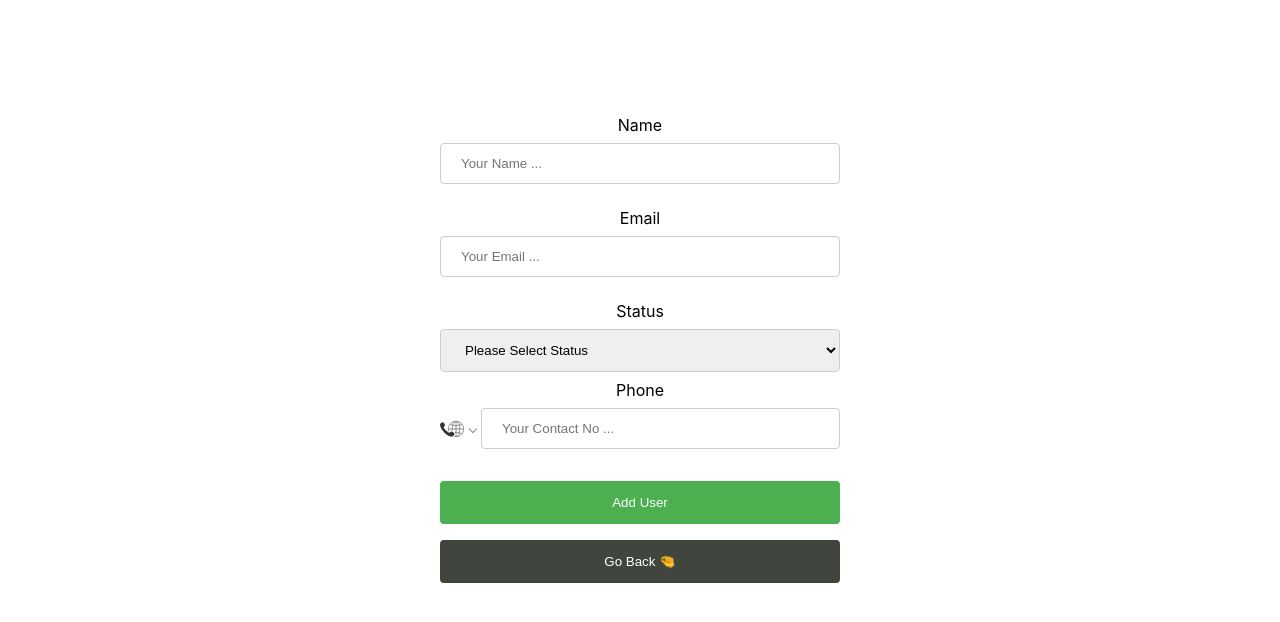
Repository: fdhhhdjd/Redux-Toolkit-CURD-Firebase
Page: /add
These files come from the project's save history. The page is drawn as it stood at one moment and after the next save; the edit follows.
The browser window is 1280 px wide. The pictures show the whole page.
The project was rebuilt for these pictures with package versions that can differ from the ones it lists, and the page was loaded fresh each time. Also part of the build but not shown: src/Styles/Home.css, src/Component/Moments.js, src/Component/Home.js, src/Styles/View.css, src/Component/View.js.

Above is the page before, as saved 2021-10-25 14:34:54.

### src/index.js
import React from "react";
import ReactDOM from "react-dom";
import "./index.css";
import App from "./App";
import store from "./Redux/Store";
import { Provider } from "react-redux";
import * as serviceWorker from "./serviceWorker";
import { ToastContextProvider } from "./ToastContext/ToastContext";

ReactDOM.render(
  <React.StrictMode>
    <Provider store={store}>
      <ToastContextProvider>
        <App />
      </ToastContextProvider>
    </Provider>
  </React.StrictMode>,
  document.getElementById("root")
);

// If you want your app to work offline and load faster, you can change
// unregister() to register() below. Note this comes with some pitfalls.
// Learn more about service workers: https://bit.ly/CRA-PWA
serviceWorker.unregister();

### src/App.js
import React from "react";
import "./App.css";
import { BrowserRouter, Switch, Route } from "react-router-dom";
import { ToastContainer } from "react-toastify";
import "react-toastify/dist/ReactToastify.css";
import { Home, View, AddEdit } from "./import/Index";
function App() {
  return (
    <>
      <BrowserRouter>
        <div className="App">
          <ToastContainer position="top-center" />
          <Switch>
            <Route exact path="/" component={Home} />
            <Route path="/add" component={AddEdit} />
            <Route path="/update/:id" component={AddEdit} />
            <Route path="/view/:id" component={View} />
          </Switch>
        </div>
      </BrowserRouter>
    </>
  );
}

export default App;

### src/Redux/Store.js
import { configureStore, createStore } from "@reduxjs/toolkit";
import logger from "redux-logger";
import thunk from "redux-thunk";
import { composeWithDevTools } from "redux-devtools-extension";
import ContactReducer from "./ContactSlice";
const middleware = [thunk];
if (process.env.NODE_ENV === "development") {
  middleware.push(logger);
}
const store = configureStore({
  reducer: {
    todos: ContactReducer,
    middleware: [logger],
  },
});

export default store;

### src/ToastContext/ToastContext.js
import React, { useState, createContext, useEffect, useRef } from "react";
export const ToastContext = createContext();
export const ToastContextProvider = ({ children }) => {
  const [list, setList] = useState([]);
  let toastProperties = null;
  const showToast = (type) => {
    switch (type) {
      case "success":
        toastProperties = {
          id: list.length + 1,
          title: "Success",
          icon: "fas fa-check-circle",
          description: "Add user Success 😊",
          backgroundColor: "toast--success",
        };
        break;
      case "danger":
        toastProperties = {
          id: list.length + 1,
          title: "Danger",
          description: "Thất bại",
          backgroundColor: "toast--error",
          button: "btn btn--danger",
          json: "fas fa-exclamation-triangle",
        };
        break;
      case "info":
        toastProperties = {
          id: list.length + 1,
          title: "Info",
          description: "Khá thành công",
          backgroundColor: "toast--info",
          json: "fas fa-info",
        };
        break;
      case "warning":
        toastProperties = {
          id: list.length + 1,
          title: "Warning",
          description: "Gần thất bại",
          backgroundColor: "toast--warning",
          json: "fas fa-radiation-alt",
        };
        break;
      default:
        toastProperties = [];
    }
    setList([...list, toastProperties]);
  };
  const data = { list, setList, showToast };

  return <ToastContext.Provider value={data}>{children}</ToastContext.Provider>;
};

### src/import/Index.js
export { default as Home } from "../Component/Home";
export { default as AddEdit } from "../Component/AddEdit";
export { default as View } from "../Component/View";

### src/Redux/ContactSlice.js
import { createSlice, createAsyncThunk } from "@reduxjs/toolkit";
import { v4 as uuidv4 } from "uuid";
import { nanoid } from "nanoid";
const initialState = {
  contacts: [
    {
      id: 1,
      name: "Nguyễn Tiến Tài",
      email: "nguyentientai10@gmai.com",
      phone: "0798805741",
      status: "Active",
    },
    {
      id: 2,
      name: "Nguyễn Hữu Quyền",
      email: "huuquyen2000@gmail.com",
      phone: "09658235656",
      status: "Inactive",
    },
    {
      id: 3,
      name: "Nguyễn Bảo Khang",
      email: "jbaokhangdesigner@gmail.com",
      phone: "0353263452",
      status: "Active",
    },
    {
      id: 4,
      name: "Bùi Huỳnh Quốc Trung	",
      email: "quoctrung@gmail.com",
      phone: "0348561815",
      status: "Inactive",
    },
    {
      id: 5,
      name: "Trần Phi Hoàng",
      email: "phihoang1@gmail.com",
      phone: "0936095986",
      status: "Active",
    },
  ],
  contact: {
    name: "",
    email: "",
    phone: "",
    status: "",
  },
  filter: "All",
};
const TodoSlice = createSlice({
  name: "todos",
  initialState,
  reducers: {
    getContact: (state, action) => {
      state.contact = state.contacts.find((item) => item.id == action.payload);
    },
    addContact: (state, action) => {
      const newData = { ...action.payload, id: uuidv4() };
      state.contacts = [...state.contacts, newData];
    },
    deleteContact: (state, action) => {
      state.contacts = state.contacts.filter(
        (item) => item.id !== action.payload
      );
    },
    updateContact: (state, action) => {
      state.contacts = state.contacts.map((item) =>
        item.id === action.payload.id ? action.payload : item
      );
    },
    setFilter: (state, action) => {
      state.filter = action.payload;
    },
  },
});
const ContactReducer = TodoSlice.reducer;
export const {
  addContact,
  deleteContact,
  getContact,
  updateContact,
  setFilter,
} = TodoSlice.actions;
export const GetTodo = (state) => state.todos;
export default ContactReducer;

### src/Component/AddEdit.js
import React, { useEffect, useState } from "react";
import {
  addContact,
  getContact,
  GetTodo,
  updateContact,
} from "../Redux/ContactSlice";
import "../Styles/AddEdit.css";
import { toast } from "react-toastify";
import { useDispatch, useSelector } from "react-redux";
import { Link, useHistory, useParams } from "react-router-dom";
import { useForm, Controller } from "react-hook-form";
import "react-phone-number-input/style.css";
import PhoneInput from "react-phone-number-input";
const initialState = {
  name: "",
  email: "",
  phone: "",
  status: "",
};
const AddEdit = () => {
  const [state, setState] = useState(initialState);
  const dispatch = useDispatch();
  const history = useHistory();
  const { id } = useParams();
  const { name, email, phone, status } = state;
  const { contact } = useSelector(GetTodo);
  const {
    register,
    formState: { errors },
    handleSubmit,
    watch,
  } = useForm({
    mode: "all",
  });
  const handleSubmit1 = (e, data) => {
    if (!id) {
      dispatch(addContact(state), toast.success("Add user Success 😊"));
    } else {
      dispatch(updateContact(state), toast.success("Edit user Success 👌 "));
    }
    setTimeout(() => {
      history.push("/");
    }, 500);
    // }
  };
  const handleInputChange = (e) => {
    let { name, value } = e.target;
    setState({ ...state, [name]: value });
  };
  const handleDropdownChange = (e) => {
    const { name, value } = e.target;
    setState({ ...state, [name]: value });
  };
  useEffect(() => {
    dispatch(getContact(id));
    setState({ ...contact });
  }, [id, contact]);
  return (
    <>
      <div style={{ marginTop: "100px" }}>
        <form
          style={{
            margin: "auto",
            padding: "15px",
            maxWidth: "400px",
            alignContent: "center",
          }}
          onSubmit={handleSubmit(handleSubmit1)}
        >
          <label htmlFor="name">Name</label>
          <input
            type="text"
            id="name"
            placeholder="Your Name ..."
            value={name || ""}
            {...register("name", { required: true, maxLength: 20 })}
            name="name"
            onChange={handleInputChange}
          />
          <p style={{ color: "red" }}>
            {errors.name?.type === "required" && "Please Enter Name ?"}
            {errors?.name?.type === "maxLength" && (
              <p>First name cannot exceed 20 characters</p>
            )}
          </p>
          <label htmlFor="email">Email</label>
          <input
            type="email"
            id="email"
            value={email || ""}
            placeholder="Your Email ..."
            {...register("email", {
              required: true,
              pattern: /^\S+@\S+$/i,
            })}
            name="email"
            onChange={handleInputChange}
          />
          <p style={{ color: "red" }}>
            {errors.email?.type === "required" && "Please Enter Email "}
            {errors?.email?.type === "pattern" && "Email Invalid"}
          </p>

          <label htmlFor="status">Status</label>
          <select
            className="dropdown"
            name="status"
            onChange={handleDropdownChange}
          >
            <option>Please Select Status</option>
            <option value="Active" selected={status === "Active" ? status : ""}>
              Active
            </option>
            <option
              value="Inactive"
              selected={status === "Inactive" ? status : ""}
            >
              Inactive
            </option>
          </select>
          <label htmlFor="phone">Phone</label>
          <PhoneInput
            type="text"
            id="phone"
            placeholder="Your Contact No ..."
            value={phone || ""}
            {...register("phone", { required: true, min: 18, max: 99 })}
            onChange={handleInputChange}
          />
          <p style={{ color: "red" }}>
            {errors.phone?.type === "required" &&
              "Please Phone and Correct Number"}
          </p>
          {id ? (
            <input type="submit" value="Edit User" />
          ) : (
            <input type="submit" value="Add User" />
          )}
          <Link to="/">
            <input type="button" value="Go Back 🤏" />
          </Link>
        </form>
      </div>
    </>
  );
};

export default AddEdit;

### src/Styles/AddEdit.css
input[type="text"],
input[type="email"],
input[type="number"],
select {
  width: 100%;
  padding: 12px 20px;
  margin: 8px 0;
  display: inline-block;
  border: 1px solid #ccc;
  border-radius: 4px;
  box-sizing: border-box;
}

input[type="submit"] {
  width: 100%;
  background-color: #4caf50;
  color: white;
  padding: 14px 20px;
  margin: 8px 0;
  border: none;
  border-radius: 4px;
  cursor: pointer;
}

input[type="button"] {
  width: 100%;
  background-color: #40453e;
  color: white;
  padding: 14px 20px;
  margin: 8px 0;
  border: none;
  border-radius: 4px;
  cursor: pointer;
}

input[type="submit"]:hover {
  background-color: #45a049;
}

.dropdown {
  width: 100%;
}

Loaded but not shown: public/index.html (common file); src/index.css (common file); src/serviceWorker.js (common file); src/App.css (common file)

After the next save:
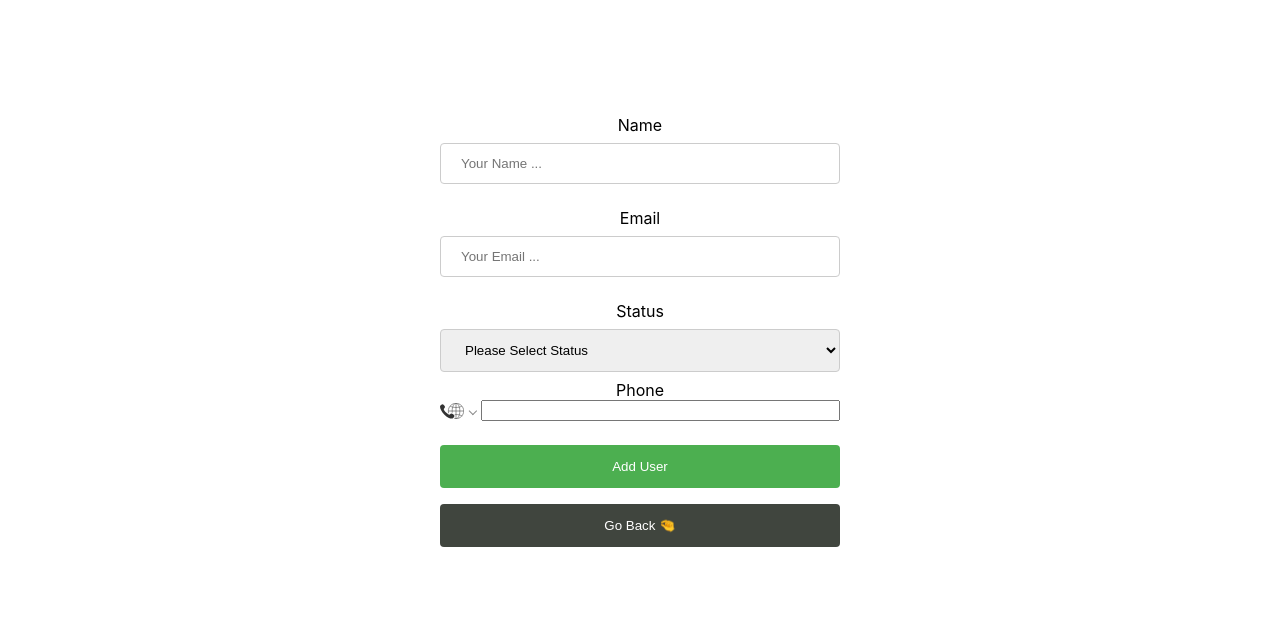
Saved 92 s later.
--- a/src/Component/AddEdit.js
+++ b/src/Component/AddEdit.js
@@ -121,9 +121,7 @@
           </select>
           <label htmlFor="phone">Phone</label>
           <PhoneInput
-            type="text"
-            id="phone"
-            placeholder="Your Contact No ..."
+            country="VI"
             value={phone || ""}
             {...register("phone", { required: true, min: 18, max: 99 })}
             onChange={handleInputChange}

After the save that followed:
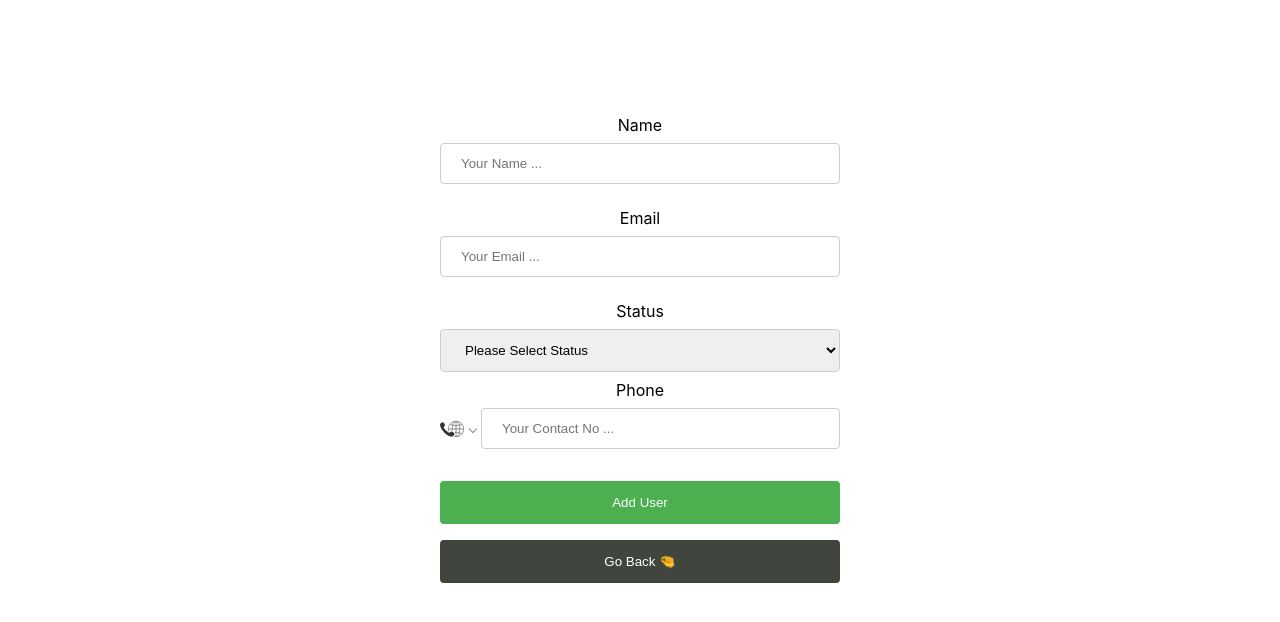
Saved 10 s later.
--- a/src/Component/AddEdit.js
+++ b/src/Component/AddEdit.js
@@ -121,7 +121,9 @@
           </select>
           <label htmlFor="phone">Phone</label>
           <PhoneInput
-            country="VI"
+            type="text"
+            id="phone"
+            placeholder="Your Contact No ..."
             value={phone || ""}
             {...register("phone", { required: true, min: 18, max: 99 })}
             onChange={handleInputChange}
